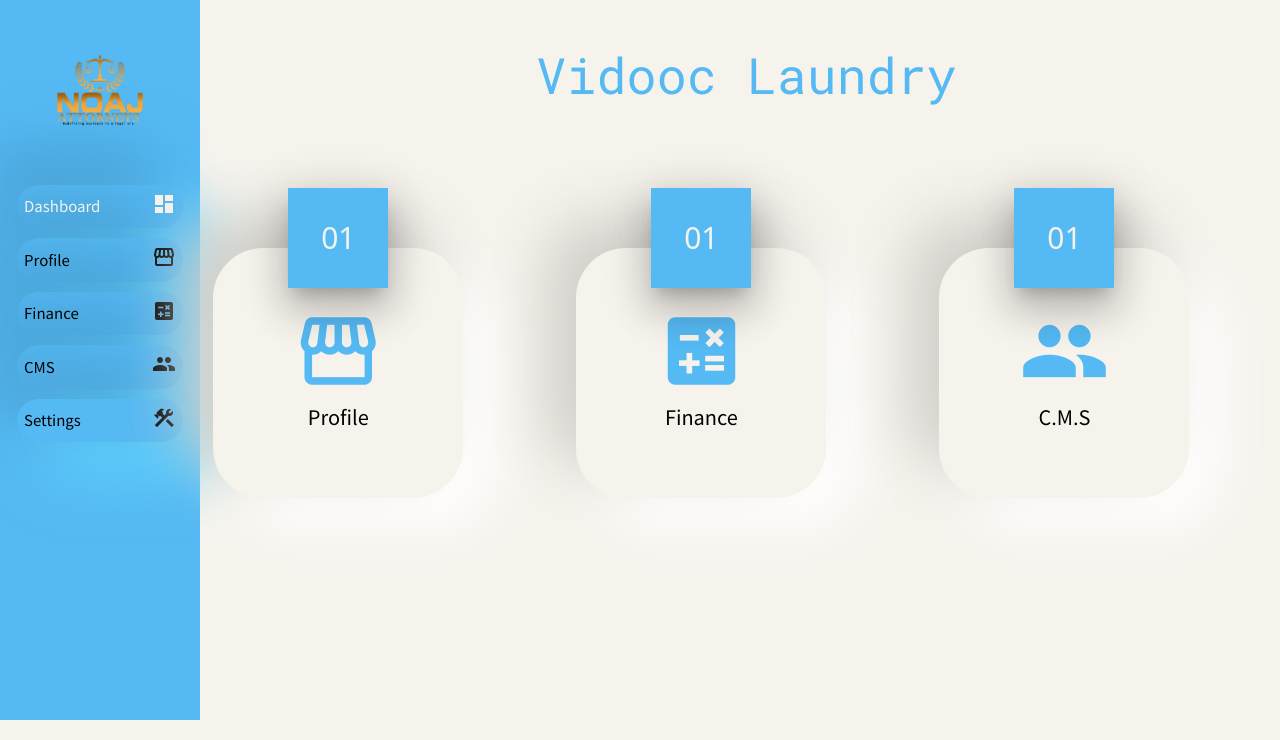
Repository: latenightsnacc/AllinOne
Page: Design/index.html
The author's editor kept a copy of each file at every save. The page is drawn from the files as they stood at one save, then again after the next save.
The browser window is 1280 px wide. The pictures show the whole page.
The style sheet was rebuilt from its Sass, Less or Tailwind sources for each picture, by a compiler version that may differ from the author's.

Above is the page before, as saved 2020-09-16 15:55:56.

### Design/index.html
<!DOCTYPE html>
<html lang="en">
<head>
    <meta charset="UTF-8">
    <meta name="viewport" content="width=device-width, initial-scale=1.0">
    <!--Icons-->
    <link href="https://fonts.googleapis.com/icon?family=Material+Icons" rel="stylesheet">
    <!-- Compiled and minified CSS -->
    <link rel="stylesheet" href="https://cdnjs.cloudflare.com/ajax/libs/materialize/1.0.0/css/materialize.min.css">
    <link rel="stylesheet" href="https://stackpath.bootstrapcdn.com/bootstrap/5.0.0-alpha1/css/bootstrap.min.css" integrity="sha384-r4NyP46KrjDleawBgD5tp8Y7UzmLA05oM1iAEQ17CSuDqnUK2+k9luXQOfXJCJ4I" crossorigin="anonymous">
    <!--Custom css-->
    <link rel="stylesheet" href="Styles.css">
    <title>Welcome Page</title>
</head>
<body>
    <div class="row g-0">
        <div class="col-xs-3 col-sm-3 col-md-2 col-lg-2 col-xl-2">
            <div class="sidebar text-center  pt-5">
                <a href="index.html">

                    <img src="/assets/logo.png" alt="Logo"  width="120px"/>
                </a>
                <div class="container">
                    <ul class="side-menu">
                        <li class="side-link">
                            <a href="index.html" class="active">
                                <span class="nav-title">Dashboard</span>
                                <span class="nav-icon">
                                    <i class=" material-icons">dashboard</i>
                                </span>

                            </a>
                        </li>
                        <li class="side-link">
                            <a href="index.html">
                                <span class="nav-title">Profile</span>
                                <span class="nav-icon">
                                    <i class=" material-icons">storefront</i>
                                </span>

                            </a>
                        </li >
                        <li class="side-link">
                            <a href="index.html">
                                <span class="nav-title">Finance</span>
                                <span class="nav-icon">
                                    <i class=" material-icons">calculate</i>
                                </span>

                            </a>
                        </li>
                        <li class="side-link">
                            <a href="index.html">
                                <span class="nav-title">CMS</span>
                                <span class="nav-icon">
                                    <i class=" material-icons">people</i>
                                </span>

                            </a>
                        </li>
                        <li class="side-link">
                            <a href="index.html">
                                <span class="nav-title">Settings</span>
                                <span class="nav-icon">
                                    <i class=" material-icons">construction</i>
                                </span>

                            </a>
                        </li>
                    </ul>
                </div>
            </div>
        </div>

        <div class="col-xs-9 col-sm-9 col-md-10 col-lg-10 col-xl-10">
            <div class="wrapper">
                <div class="welcome-box py-5 text-center">
                    <h1 class="biz-title">Vidooc Laundry</h1>
                </div>
                <div class="row ml  py-5">
                    <div class="col-xs-12 col-sm-12 col-md-4 col-lg-4 col-xl-4 col-xxl-4">
                        <a href="#">
                            <div class="cardNew  greyBs my-5 ">
                                <div class="card-top z-depth-5">
                                    01
                                </div>
                                <div class="card-content">
                                    <div class="card-icon">
                                        <i class="large material-icons">storefront</i>
                                    </div>
                                    <div class="card-title text-center">Profile</div>

                                </div>
                            </div>
                        </a>
                    </div>
                    <div class="col-xs-12 col-sm-12 col-md-4 col-lg-4 col-xl-4 col-xxl-4">
                        <a href="#">
                            <div class="cardNew my-5 greyBs">
                                <div class="card-top z-depth-5">
                                    01
                                </div>
                                <div class="card-content">
                                    <div class="card-icon">
                                        <i class="large material-icons">calculate</i>
                                    </div>
                                    <div class="card-title text-center">Finance</div>

                                </div>
                            </div>
                        </a>
                    </div>
                    <div class="col-xs-12 col-sm-12 col-md-4 col-lg-4 col-xl-4 col-xxl-4">
                        <a href="#">
                            <div class="cardNew my-5 greyBs">
                                <div class="card-top z-depth-5">
                                    01
                                </div>
                                <div class="card-content">
                                    <div class="card-icon">
                                        <i class="large material-icons">people</i>
                                    </div>
                                    <div class="card-title text-center">C.M.S</div>

                                </div>
                            </div>
                        </a>
                    </div>
                </div>
            </div>

        </div>
    </div>


    <script src="https://cdn.jsdelivr.net/npm/popper.js@1.16.0/dist/umd/popper.min.js" integrity="sha384-Q6E9RHvbIyZFJoft+2mJbHaEWldlvI9IOYy5n3zV9zzTtmI3UksdQRVvoxMfooAo" crossorigin="anonymous"></script>
    <script src="https://stackpath.bootstrapcdn.com/bootstrap/5.0.0-alpha1/js/bootstrap.min.js" integrity="sha384-oesi62hOLfzrys4LxRF63OJCXdXDipiYWBnvTl9Y9/TRlw5xlKIEHpNyvvDShgf/" crossorigin="anonymous"></script>
</body>
</html>

### Design/Styles.scss
@import 'variables';

*{
    margin: 0;
    padding: 0;
    box-sizing: border-box;
    list-style: none;
    text-decoration: none;

}
body, html {
    overflow-x: hidden;
    position: relative;
    background-color: $grey;
}

.sidebar, .wrapper {
    min-height: 100vh;
}

.sidebar {
    background-color: $blue;
    position: fixed;
    width: 200px;


}
.side-menu {
    margin-top: 50px;
    .side-link{
        background-color: $blue;
        font-family: $fontNoto;
        margin: 10px 2px;
        padding: 7px;
        border-radius: 50px;
                box-shadow: $bsBlue;
        a{
            color: $dark;
            display: flex;
            width: 100%;
            justify-content: space-between;
            align-items: center;

        }
        .active, a:hover {
            color: $grey;
        }


    }

}
.wrapper {
    background-color: $grey;
}
.greyBs {
    background-color: $grey;
    box-shadow: $bsGrey;
    border-radius: $borderR;
    color: $blue;
}
.cardNew{
    display: flex;
    flex-direction: column;
    align-items: center;
    justify-content: center;
    width: 250px;
    height: 250px;
    position: relative;

    .card-top {
        position: absolute;
        top:-60px;
        left: 75px;
        width: 100px;
        height: 100px;
        background-color: $blue;
        display: flex;
        align-items: center;
        justify-content: center;
        font-size: 30px;
        color: $grey;
    }

}
.card-title {
    font-family: $fontNoto;
    font-size: 20px;
    color: black;
}
.biz-title {
    font-family: $fontRoboto;
    font-size: 50px;
    color: $blue;
}

a {
    text-decoration: none;
}
@media screen and (max-width:768px){
    .wrapper{
        margin-left: 170px;
    }

}

### Design/_variables.scss
@import url('https://fonts.googleapis.com/css2?family=Roboto+Mono&display=swap');
@import url('https://fonts.googleapis.com/css2?family=Noto+Sans+HK&display=swap');

$fontRoboto: 'Roboto Mono', monospace;
$fontNoto: 'Noto Sans HK', sans-serif;
$blue: #55b9f3;
$white: #fff;
// $grey: #bdcfe5;
$grey: #f6f3ed;
$borderR: 50px;
$dark: black;
$Brb: 50px;
$bsGrey:  -30px -30px 60px #d1cfc9,
30px 30px 60px #ffffff;
$bsBlue:  -30px -30px 60px #489dcf,
30px 30px 60px #62d5ff;;

After the next save:
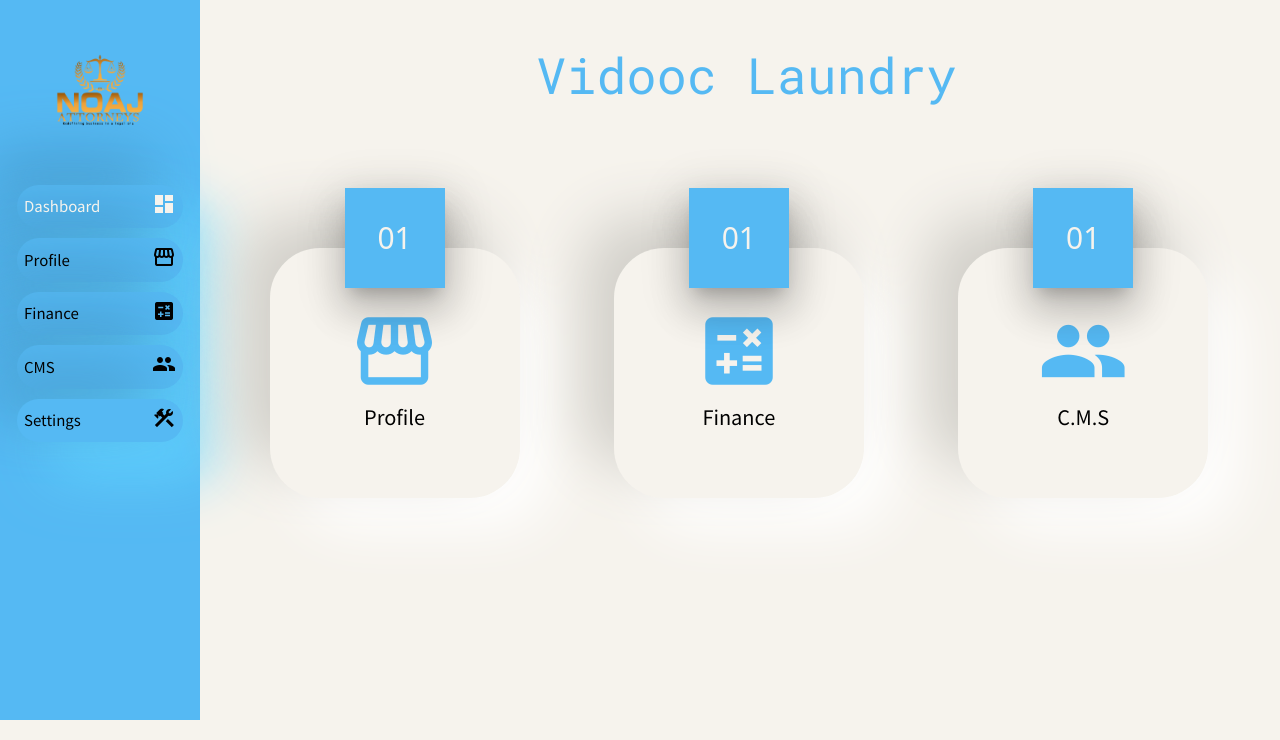
Saved 26 s later.
--- a/Design/index.html
+++ b/Design/index.html
@@ -77,7 +77,7 @@
                 <div class="welcome-box py-5 text-center">
                     <h1 class="biz-title">Vidooc Laundry</h1>
                 </div>
-                <div class="row ml  py-5">
+                <div class="row ml-5  py-5">
                     <div class="col-xs-12 col-sm-12 col-md-4 col-lg-4 col-xl-4 col-xxl-4">
                         <a href="#">
                             <div class="cardNew  greyBs my-5 ">
